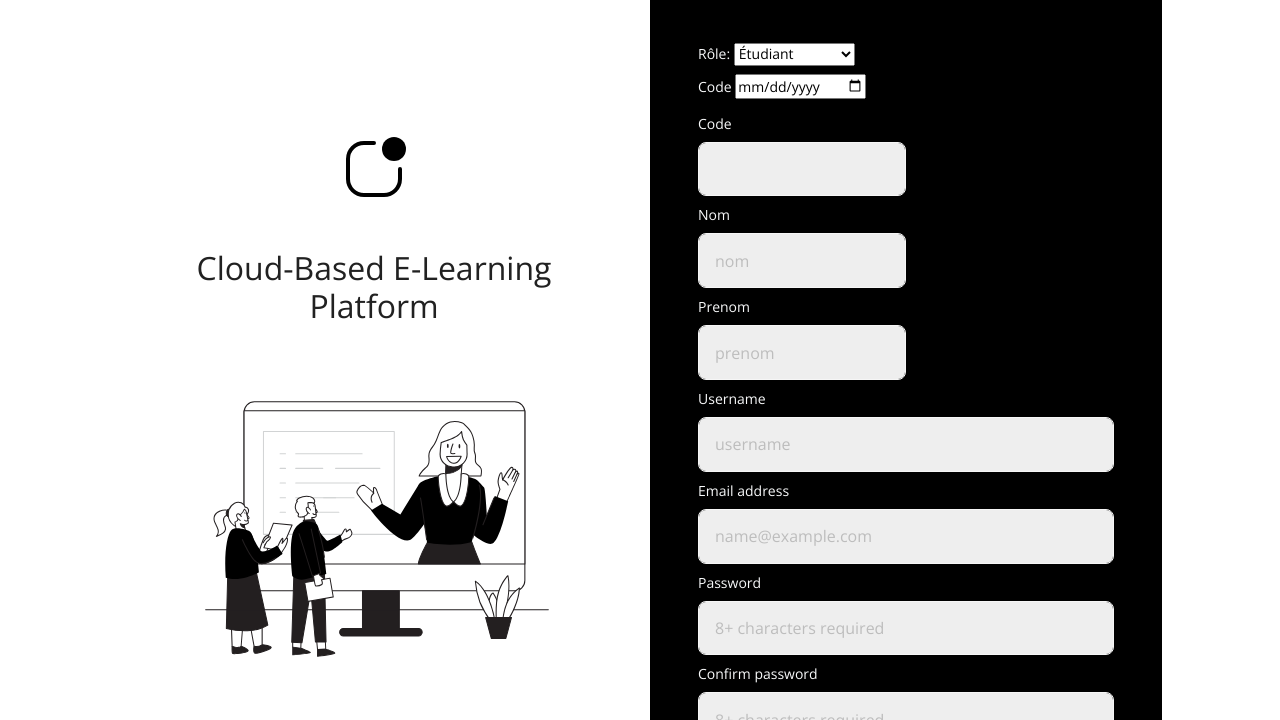
Repository: dimitri0004/Moodle
Page: http://localhost/inscription/
These files come from the project's save history. The page is drawn as it stood at one moment and after the next save; the edit follows.
The browser window is 1280 px wide. The pictures show the whole page.
Some icons come from a web library that is not loaded, so they are not drawn. An inner scrolling area shows only its first screen. The page is served by the project's application, run on Django 4.2 (manage.py). Other server files are loaded and not shown.

Above is the page before, as saved 2023-08-15 01:51:53.
Console error: TypeError: Cannot set properties of null (setting 'innerHTML')

### templates/Utilisateur/inscription.html
{% extends "base.html" %} {% load static %} {% block content %}
<div id="elearn-layout" class="theme-black">
  <!-- main body area -->
  <div class="main p-2 py-3 p-xl-5">
    <!-- Body: Body -->
    <div class="body d-flex p-0 p-xl-5">
      <div class="container-xxl">
        <div class="row g-0">
          <div
            class="col-lg-6 d-none d-lg-flex justify-content-center align-items-center rounded-lg auth-h100"
          >
            <div style="max-width: 25rem">
              <div class="text-center mb-5">
                <svg
                  width="4rem"
                  fill="none"
                  class="bi bi-app-indicator"
                  viewBox="0 0 16 16"
                >
                  <path
                    class="fill-primary"
                    d="M5.5 2A3.5 3.5 0 0 0 2 5.5v5A3.5 3.5 0 0 0 5.5 14h5a3.5 3.5 0 0 0 3.5-3.5V8a.5.5 0 0 1 1 0v2.5a4.5 4.5 0 0 1-4.5 4.5h-5A4.5 4.5 0 0 1 1 10.5v-5A4.5 4.5 0 0 1 5.5 1H8a.5.5 0 0 1 0 1H5.5z"
                  />
                  <path
                    class="fill-primary"
                    d="M16 3a3 3 0 1 1-6 0 3 3 0 0 1 6 0z"
                  />
                </svg>
              </div>
              <div class="mb-5">
                <h2 class="color-900 text-center">
                  Cloud-Based E-Learning Platform
                </h2>
              </div>
              <!-- Image block -->
              <div class="">
                <img
                  src="{% static 'assets/images/online-study.svg' %}"
                  alt="online-study"
                />
              </div>
            </div>
          </div>

          <div
            class="col-lg-6 d-flex justify-content-center align-items-center border-0 rounded-lg auth-h100"
          >
            <div
              class="w-100 p-4 p-md-5 card border-0 bg-dark text-light"
              style="max-width: 32rem"
            >
              <!-- Form -->

              <form class="pt-3" action="{% url 'register' %}" method="POST">
                {% csrf_token %}
                <div class="col-12 text-center mb-5">
                  <h1>Create your account</h1>
                  <span>Free access to our dashboard.</span>
                </div>
                {% if error %}

                <p class="alert alert-danger">{{ message }}</p>
                {% endif %}
                <div class="col-12">
                  <div class="mb-2">
                  <label for="role">Rôle:</label>
                  <select id="role" name="role" required>
                      <option value="student">Étudiant</option>
                      <option value="teacher">Enseignant</option>
                      <option value="admin">Administrateur</option>
                  </select><br>
                  </div>
                </div>
                <div class="col-6">
                  <div class="mb-2">
                    <label class="form-label">Code</label>
                    <input type="date" id="date_naissance" name="date" required><br>
                  </div>
                </div>

                <div class="col-6">
                  <div class="mb-2">
                    <label class="form-label">Code</label>
                    <input
                      type="text"
                      name="identifiant"
                      class="form-control form-control-lg"

                    />
                  </div>
                </div>

                <div class="col-6">
                  <div class="mb-2">
                    <label class="form-label">Nom</label>
                    <input
                      type="text"
                      name="nom"
                      class="form-control form-control-lg"
                      placeholder="nom"
                    />
                  </div>
                </div>
                <div class="col-6">
                  <div class="mb-2">
                    <label class="form-label">Prenom</label>
                    <input
                      type="text"
                      name="prenom"
                      class="form-control form-control-lg"
                      placeholder="prenom"
                    />
                  </div>
                </div>
                <div class="col-12">
                  <div class="mb-2">
                    <label class="form-label">Username</label>
                    <input
                      type="text"
                      name="username"
                      class="form-control form-control-lg"
                      placeholder="username"
                    />
                  </div>
                </div>
                <div class="col-12">
                  <div class="mb-2">
                    <label class="form-label">Email address</label>
                    <input
                      type="email"
                      name="email"
                      class="form-control form-control-lg"
                      placeholder="name@example.com"
                    />
                  </div>
                </div>
                <div class="col-12">
                  <div class="mb-2">
                    <label class="form-label">Password</label>
                    <input
                      type="password"
                      name="password"
                      class="form-control form-control-lg"
                      placeholder="8+ characters required"
                    />
                  </div>
                </div>
                <div class="col-12">
                  <div class="mb-2">
                    <label class="form-label">Confirm password</label>
                    <input
                      type="password"
                      name="confirmePassword"
                      class="form-control form-control-lg"
                      placeholder="8+ characters required"
                    />
                  </div>
                </div>
                <div class="col-12">
                  <div class="form-check">
                    <input
                      class="form-check-input"
                      type="checkbox"
                      value=""
                      id="flexCheckDefault"
                    />
                    <label class="form-check-label" for="flexCheckDefault">
                      I accept the
                      <a
                        href="#"
                        title="Terms and Conditions"
                        class="text-secondary"
                        >Terms and Conditions</a
                      >
                    </label>
                  </div>
                </div>
                <div class="col-12 text-center mt-4">
                  <button
                    type="submit"
                    class="btn btn-lg btn-block btn-light lift text-uppercase"
                    alt="SIGNUP"
                  >
                    SIGN UP
                  </button>
                </div>
                <div class="col-12 text-center mt-4">
                  <span class="text-muted"
                    >Already have an account?
                    <a
                      href="auth-signin.html"
                      title="Sign in"
                      class="text-secondary"
                      >Sign in here</a
                    ></span
                  >
                </div>
              </form>
              <!-- End Form -->
              <div class="d-flex justify-content-between flex-wrap">
                <div>
                  <a href="#" class="me-2 text-muted"
                    ><i class="fa fa-facebook-square fa-lg"></i
                  ></a>
                  <a href="#" class="me-2 text-muted"
                    ><i class="fa fa-github-square fa-lg"></i
                  ></a>
                  <a href="#" class="me-2 text-muted"
                    ><i class="fa fa-linkedin-square fa-lg"></i
                  ></a>
                  <a href="#" class="me-2 text-muted"
                    ><i class="fa fa-twitter-square fa-lg"></i
                  ></a>
                </div>
                <div>
                  <a href="#" title="home" class="me-2 text-muted">Home</a>
                  <a href="#" title="about" class="me-2 text-muted">About Us</a>
                  <a href="#" title="faq" class="me-2 text-muted">FAQs</a>
                </div>
              </div>
            </div>
          </div>
        </div>
        <!-- End Row -->
      </div>
    </div>
  </div>
</div>
{% endblock %}

### templates/base.html
{% load static %}
<!DOCTYPE html>
<html lang="en">
<head>
    <meta charset="UTF-8">
    <meta name="viewport" content="width=device-width, initial-scale=1.0">
    <title>Document</title>

    <link rel="icon" href="favicon.ico" type="image/x-icon"> <!-- Favicon-->

    <!-- plugin css file  -->
    <link rel="stylesheet" href="{% static 'assets/css/carousel.min.css' %}" />
    <!-- project css file  -->
    <link rel="stylesheet" href="{% static 'assets/css/e-learn.style.min.css' %}">
    <!-- Google Code  -->
    <script async src="https://www.googletagmanager.com/gtag/js?id=UA-264428387-1"></script>
    <script>
      window.dataLayer = window.dataLayer || [];
      function gtag(){dataLayer.push(arguments);}
      gtag('js', new Date());

      gtag('config', 'UA-264428387-1');
    </script>

    <script src="{% static 'assets/bundles/libscripts.bundle.js' %}"></script>

    <!-- Plugin Js-->
    <script src="{% static 'assets/bundles/carousel.bundle.js' %}"></script>
    <script src="{% static 'assets/bundles/apexcharts.bundle.js' %}"></script>

    <!-- Jquery Page Js -->
    <script src="{% static 'js/template.js' %}"></script>
    <script src="{% static 'js/page/elearn-index.js' %}"></script>
</head>
<body>

    {% block content %}{% endblock %}
</body>
</html>

### AppEcole/views.py
from django.shortcuts import render,redirect
from django.core.validators import validate_email
from django.contrib.auth.models import User
from django.db.models import Q
from django.contrib.auth.decorators import login_required
from django.contrib.auth import authenticate, login, logout


from django.contrib.auth import get_user_model

def index(request):
    return render(request,'index.html')

def inscription(request):
    error = False
    message = ""

    if request.method == "POST":
        username = request.POST.get('username')
        email = request.POST.get('email')
        nom = request.POST.get('nom')
        prenom = request.POST.get('prenom')
        password = request.POST.get('password')
        confirmePassword = request.POST.get('confirmePassword')
        role = request.POST.get('role')
        identifiant = request.POST.get('identifiant')
        date = request.POST.get('date')# Récupérer le rôle du formulaire

        try:
            validate_email(email)
        except:
            error = True
            message = "Entrer un email valide svp"

        User = get_user_model()  # Obtenir le modèle utilisateur personnalisé

        user = User.objects.filter(Q(email=email) | Q(username=username)).first()
        if user:
            error = True
            message = f"L'email {email} ou le nom d'utilisateur {nom} est déjà utilisé par un utilisateur"

        if password != confirmePassword:
            error = True
            message = "Les deux mots de passe ne sont pas identiques"

        if error == False:
            user = User(

                username=username,
                email=email,
                #nom=last_name,
                #prenom=first_name,
                identifiant=identifiant,
                role=role,
                date=birthdate# Enregistrer le rôle dans le modèle
            )
            user.set_password(password)
            user.save()
            return redirect('acceuil')

    context = {
        'error': error,
        'message': message
    }
    return render(request, 'Utilisateur/inscription.html', context)

# Create your views here.

### MoodleProject/urls.py
"""
URL configuration for MoodleProject project.

The `urlpatterns` list routes URLs to views. For more information please see:
    https://docs.djangoproject.com/en/4.2/topics/http/urls/
Examples:
Function views
    1. Add an import:  from my_app import views
    2. Add a URL to urlpatterns:  path('', views.home, name='home')
Class-based views
    1. Add an import:  from other_app.views import Home
    2. Add a URL to urlpatterns:  path('', Home.as_view(), name='home')
Including another URLconf
    1. Import the include() function: from django.urls import include, path
    2. Add a URL to urlpatterns:  path('blog/', include('blog.urls'))
"""
from django.contrib import admin
from django.urls import path,include

urlpatterns = [
    path('admin/', admin.site.urls),
     path('', include('AppEcole.urls')),
]

### AppEcole/urls.py
from django.urls import path
from .views import index, inscription
urlpatterns = [
    path('acceuil', index, name='acceuil'),
    path('inscription/', inscription, name='register'),
]

### static/assets/css/carousel.min.css
.owl-carousel,.owl-carousel .owl-item{-webkit-tap-highlight-color:transparent;position:relative}.owl-carousel{display:none;width:100%;z-index:1}.owl-carousel .owl-stage{position:relative;-ms-touch-action:pan-Y;-moz-backface-visibility:hidden}.owl-carousel .owl-stage:after{content:".";display:block;clear:both;visibility:hidden;line-height:0;height:0}.owl-carousel .owl-stage-outer{position:relative;overflow:hidden;-webkit-transform:translate3d(0, 0, 0)}.owl-carousel .owl-item,.owl-carousel .owl-wrapper{-webkit-backface-visibility:hidden;-moz-backface-visibility:hidden;-ms-backface-visibility:hidden;-webkit-transform:translate3d(0, 0, 0);-moz-transform:translate3d(0, 0, 0);-ms-transform:translate3d(0, 0, 0)}.owl-carousel .owl-item{min-height:1px;float:left;-webkit-backface-visibility:hidden;-webkit-touch-callout:none}.owl-carousel .owl-item img{display:block;width:100%}.owl-carousel .owl-dots.disabled,.owl-carousel .owl-nav.disabled{display:none}.no-js .owl-carousel,.owl-carousel.owl-loaded{display:block}.owl-carousel .owl-dot,.owl-carousel .owl-nav .owl-next,.owl-carousel .owl-nav .owl-prev{cursor:pointer;cursor:hand;-webkit-user-select:none;-khtml-user-select:none;-moz-user-select:none;-ms-user-select:none;user-select:none}.owl-carousel.owl-loading{opacity:0;display:block}.owl-carousel.owl-hidden{opacity:0}.owl-carousel.owl-refresh .owl-item{visibility:hidden}.owl-carousel.owl-drag .owl-item{-webkit-user-select:none;-moz-user-select:none;-ms-user-select:none;user-select:none}.owl-carousel.owl-grab{cursor:move;cursor:grab}.owl-carousel.owl-rtl{direction:rtl}.owl-carousel.owl-rtl .owl-item{float:right}.owl-carousel .animated{animation-duration:1s;animation-fill-mode:both}.owl-carousel .owl-animated-in{z-index:0}.owl-carousel .owl-animated-out{z-index:1}.owl-carousel .fadeOut{animation-name:fadeOut}@keyframes fadeOut{0%{opacity:1}100%{opacity:0}}.owl-height{transition:height .5s ease-in-out}.owl-carousel .owl-item .owl-lazy{opacity:0;transition:opacity .4s ease}.owl-carousel .owl-item img.owl-lazy{transform-style:preserve-3d}.owl-carousel .owl-video-wrapper{position:relative;height:100%;background:#000}.owl-carousel .owl-video-play-icon{position:absolute;height:80px;width:80px;left:50%;top:50%;margin-left:-40px;margin-top:-40px;background:url(owl.video.play.html) no-repeat;cursor:pointer;z-index:1;-webkit-backface-visibility:hidden;transition:transform .1s ease}.owl-carousel .owl-video-play-icon:hover{-ms-transform:scale(1.3, 1.3);transform:scale(1.3, 1.3)}.owl-carousel .owl-video-playing .owl-video-play-icon,.owl-carousel .owl-video-playing .owl-video-tn{display:none}.owl-carousel .owl-video-tn{opacity:0;height:100%;background-position:center center;background-repeat:no-repeat;background-size:contain;transition:opacity .4s ease}.owl-carousel .owl-video-frame{position:relative;z-index:1;height:100%;width:100%}

### static/js/template.js
if (typeof jQuery === "undefined") {
    throw new Error("jQuery plugins need to be before this file");
}

$(function() {
    "use strict";

    // main sidebar toggle js
    $('.menu-toggle').on('click', function () {
        $('.sidebar').toggleClass('open');
        $('.open').removeClass('sidebar-mini');
    });

    // layout a sidebar mini version
    $('.sidebar-mini-btn').on('click', function () {
        $('.sidebar').toggleClass('sidebar-mini');
        $('.sidebar-mini').removeClass('open');
    });

    // chat page chatlist toggle js
    $('.chatlist-toggle').on('click', function () {
        $('.card-chat').toggleClass('open');
    });

    $(".theme-rtl input").on('change',function() {
        if(this.checked) {
            $("body").addClass('rtl_mode');
        }else{
            $("body").removeClass('rtl_mode');
        }

    });

    // cSidebar overflow daynamic height

    overFlowDynamic();

    $(window).resize(function(){
        overFlowDynamic();
    });

    function overFlowDynamic(){
        var sideheight=$(".sidebar.sidebar-mini").height() + 48;

        if(sideheight <= 760) {
            $(".sidebar.sidebar-mini").css( "overflow", "scroll");
        }
        else{
            $(".sidebar.sidebar-mini").css( "overflow", "visible");
        }
    }


    // Dropdown scroll hide using table responsive

    $('.table-responsive').on('show.bs.dropdown', function () {
        $('.table-responsive').css( "overflow", "inherit" );
    });

    $('.table-responsive').on('hide.bs.dropdown', function () {
            $('.table-responsive').css( "overflow", "auto" );
    })

    // light and dark theme setting js
    var toggleSwitch = document.querySelector('.theme-switch input[type="checkbox"]');
    var toggleHcSwitch = document.querySelector('.theme-high-contrast input[type="checkbox"]');
    var currentTheme = localStorage.getItem('theme');
    if (currentTheme) {
        document.documentElement.setAttribute('data-theme', currentTheme);

        if (currentTheme === 'dark') {
            toggleSwitch.checked = true;
        }
        if (currentTheme === 'high-contrast') {
            toggleHcSwitch.checked = true;
            toggleSwitch.checked = false;
        }
    }
    function switchTheme(e) {
        if (e.target.checked) {
            document.documentElement.setAttribute('data-theme', 'dark');
            localStorage.setItem('theme', 'dark');
            $('.theme-high-contrast input[type="checkbox"]').prop("checked", false);
        }
        else {
            document.documentElement.setAttribute('data-theme', 'light');
            localStorage.setItem('theme', 'light');
        }
    }
    toggleSwitch.addEventListener('change', switchTheme, false);
    // end
});

// live support team js
$(function() {
    "use strict";
    var Tawk_API=Tawk_API||{}, Tawk_LoadStart=new Date();
    (function(){
        var s1=document.createElement("script"),s0=document.getElementsByTagName("script")[0];
        s1.async=true;
        s1.src='https://embed.tawk.to/6051a040f7ce18270930e55a/1f0vdjvfu';
        s1.charset='UTF-8';
        s1.setAttribute('crossorigin','*');
        s0.parentNode.insertBefore(s1,s0);
    })();
});

### static/js/page/elearn-index.js
if (typeof jQuery === "undefined") {
    throw new Error("jQuery plugins need to be before this file");
}
$(function() {
    "use strict";
    var tooltipTriggerList = [].slice.call(document.querySelectorAll('[data-bs-toggle="tooltip"]'))
    var tooltipList = tooltipTriggerList.map(function (tooltipTriggerEl) {
        return new bootstrap.Tooltip(tooltipTriggerEl)
    })

    /*****Owl Slider************/
    $(document).ready(function(){
        $('.owl-carouselone').owlCarousel({
            stagePadding: 30,
            loop:true,
            margin:10,
            nav:true,
            navText: ["<img src='../dist/assets/images/stylish-left.png'>","<img src='../dist/assets/images/stylish-right.png'>"],
            responsive:{
                0:{
                    items:1
                },
                480:{
                    items:3
                },
                600:{
                    items:3
                },
                740:{
                    items:6
                },
                1000:{
                    items:2
                },
                1100:{
                    items:3
                },
                1400:{
                    items:3
                },
                1500:{
                    items:4
                }
            }
        })

        $('.owl-carouseltwo').owlCarousel({
            loop:true,
            margin:5,
            autoplay:true,
            autoplayTimeout:4000,
            autoplayHoverPause:true,
            responsive:{
                0:{
                    items:1
                },
                480:{
                    items:1
                },
                600:{
                    items:1
                },
                1000:{
                    items:2
                },
                1100:{
                    items:2
                },
                1400:{
                    items:3
                }
            }
        })
    });

    // basic-column
    $(document).ready(function() {
        var options = {
            chart: {
                height: 350,
                type: 'bar',
            },
            colors: ['var(--chart-color1)', 'var(--chart-color2)', 'var(--chart-color4)'],
            plotOptions: {
                bar: {
                    horizontal: false,
                    columnWidth: '55%',
                    endingShape: 'rounded'
                },
            },
            dataLabels: {
                enabled: false
            },
            stroke: {
                show: true,
                width: 2,
                colors: ['transparent']
            },
            series: [{
                name: 'Listening',
                data: [44, 55, 57, 56, 61, 58, 63, 60, 66]
            }, {
                name: 'Writing',
                data: [76, 85, 101, 98, 87, 105, 91, 114, 94]
            }, {
                name: 'Video View',
                data: [35, 41, 36, 26, 45, 48, 52, 53, 41]
            }],
            xaxis: {
                categories: ['Feb', 'Mar', 'Apr', 'May', 'Jun', 'Jul', 'Aug', 'Sep', 'Oct'],
            },
            yaxis: {
                title: {
                    text: ''
                }
            },
            fill: {
                opacity: 1

            },
            tooltip: {
                y: {
                    formatter: function (val) {
                        return "$ " + val + " thousands"
                    }
                }
            }
        }

        var chart = new ApexCharts(
            document.querySelector("#apex-basic-column"),
            options
        );

        chart.render();
    });


});
/*****digital-clock************/
function date_time(id){
    date = new Date;
    h = date.getHours();
    if(h<10)
    {
            h = "0"+h;
    }
    m = date.getMinutes();
    if(m<10)
    {
            m = "0"+m;
    }
    s = date.getSeconds();
    if(s<10)
    {
            s = "0"+s;
    }
    document.getElementById("s").innerHTML = ''+s;
    document.getElementById("m").innerHTML = ''+m;
    document.getElementById("h").innerHTML = ''+h;
    setTimeout('date_time("'+"s"+'");','1000');
    return true;
}
window.onload = date_time('s');

Loaded but not shown: static/assets/css/e-learn.style.min.css (library); static/assets/bundles/libscripts.bundle.js (library); static/assets/bundles/carousel.bundle.js (library); static/assets/bundles/apexcharts.bundle.js (library); static/assets/images/online-study.svg (1 lines, source omitted)

After the next save:
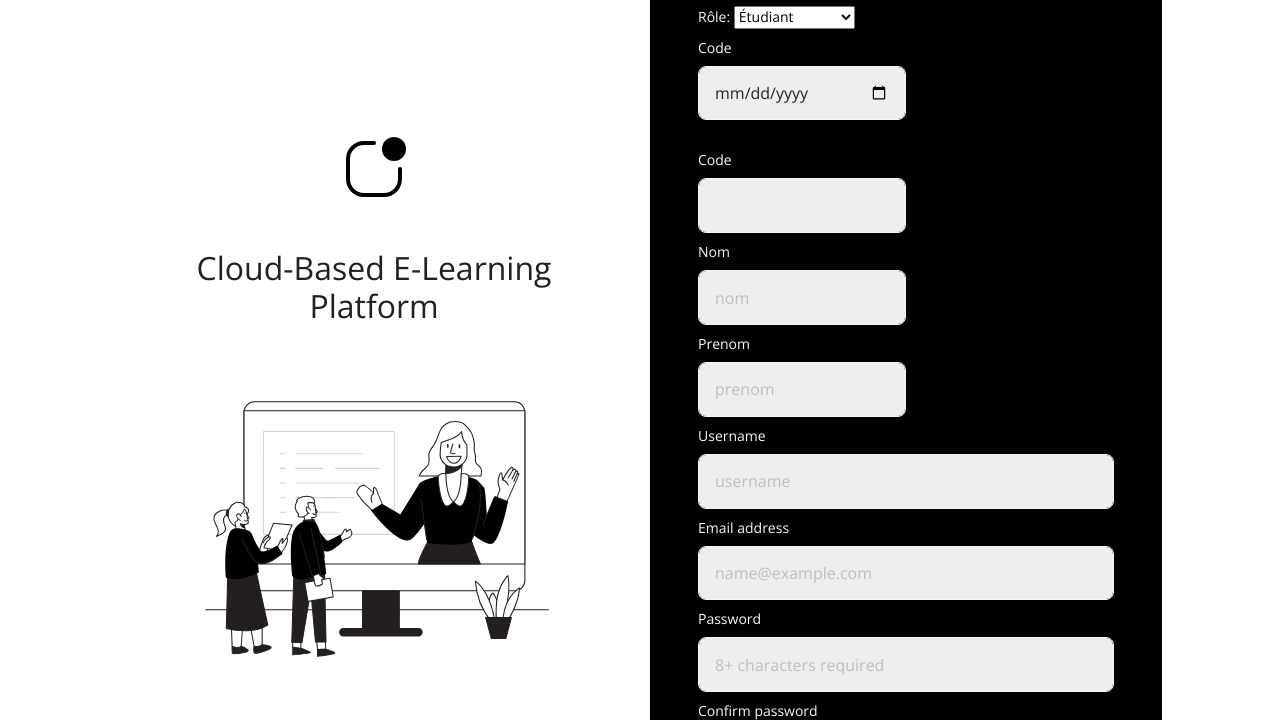
Saved 11 s later.
--- a/templates/Utilisateur/inscription.html
+++ b/templates/Utilisateur/inscription.html
@@ -74,7 +74,7 @@
                 <div class="col-6">
                   <div class="mb-2">
                     <label class="form-label">Code</label>
-                    <input type="date" id="date_naissance" name="date" required><br>
+                    <input type="date" id="date_naissance" name="date" class="form-control form-control-lg" required><br>
                   </div>
                 </div>
 
